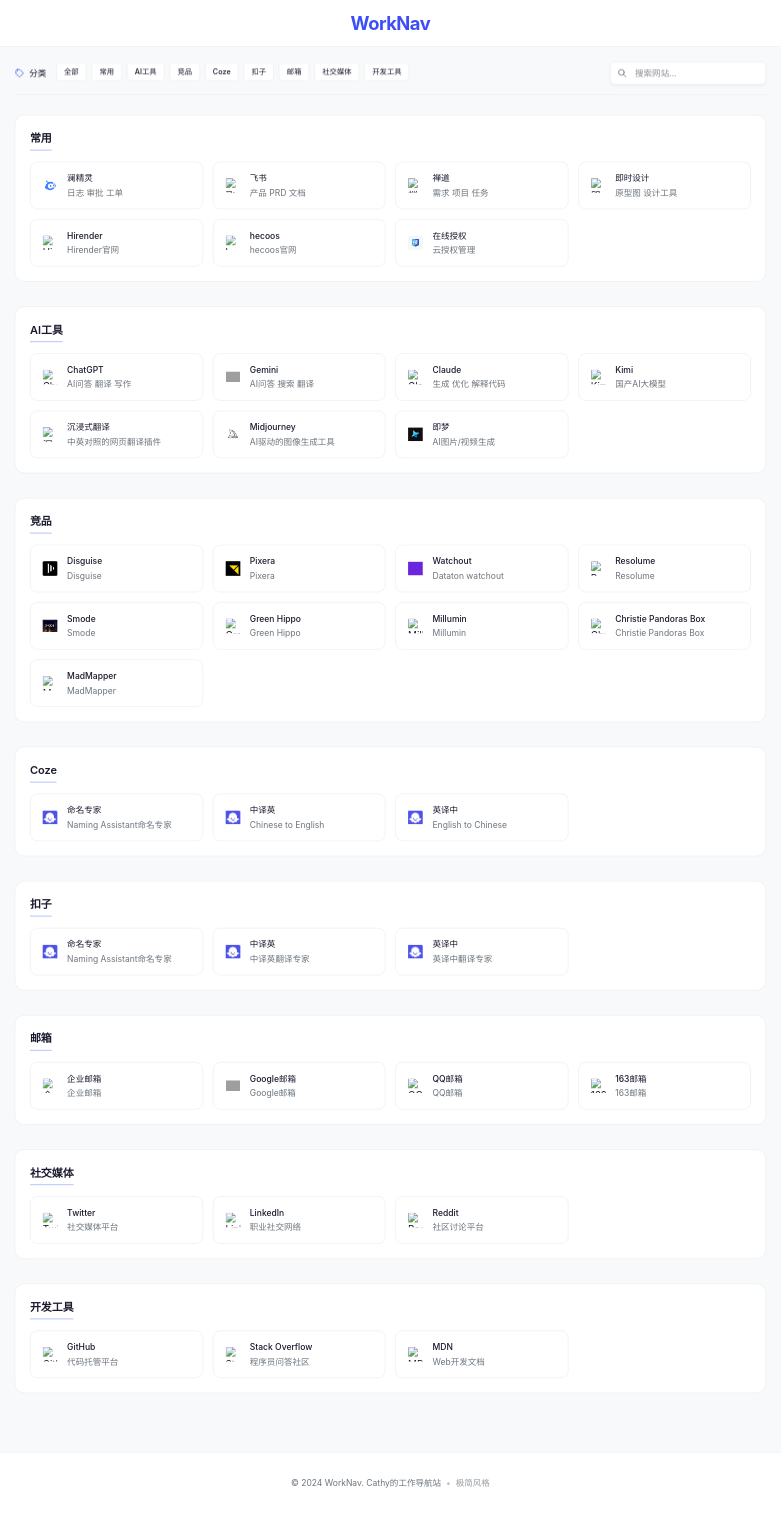
Repository: SweetPomelo0/WorkNav
Page: /
These files come from the project's save history. The page is drawn as it stood at one moment and after the next save; the edit follows.
The browser window is 1280 px wide. The pictures show the whole page, at 61% of full size.
Pictures or frames that could not be fetched are drawn as grey boxes. The project was rebuilt for these pictures with package versions that can differ from the ones it lists, and the page was loaded fresh each time. The framework's server and built-in components were replaced by stand-ins that run in the browser. Also part of the build but not shown: next.config.ts.

Above is the page before, as saved 2025-07-26 22:56:14.

After the next save:
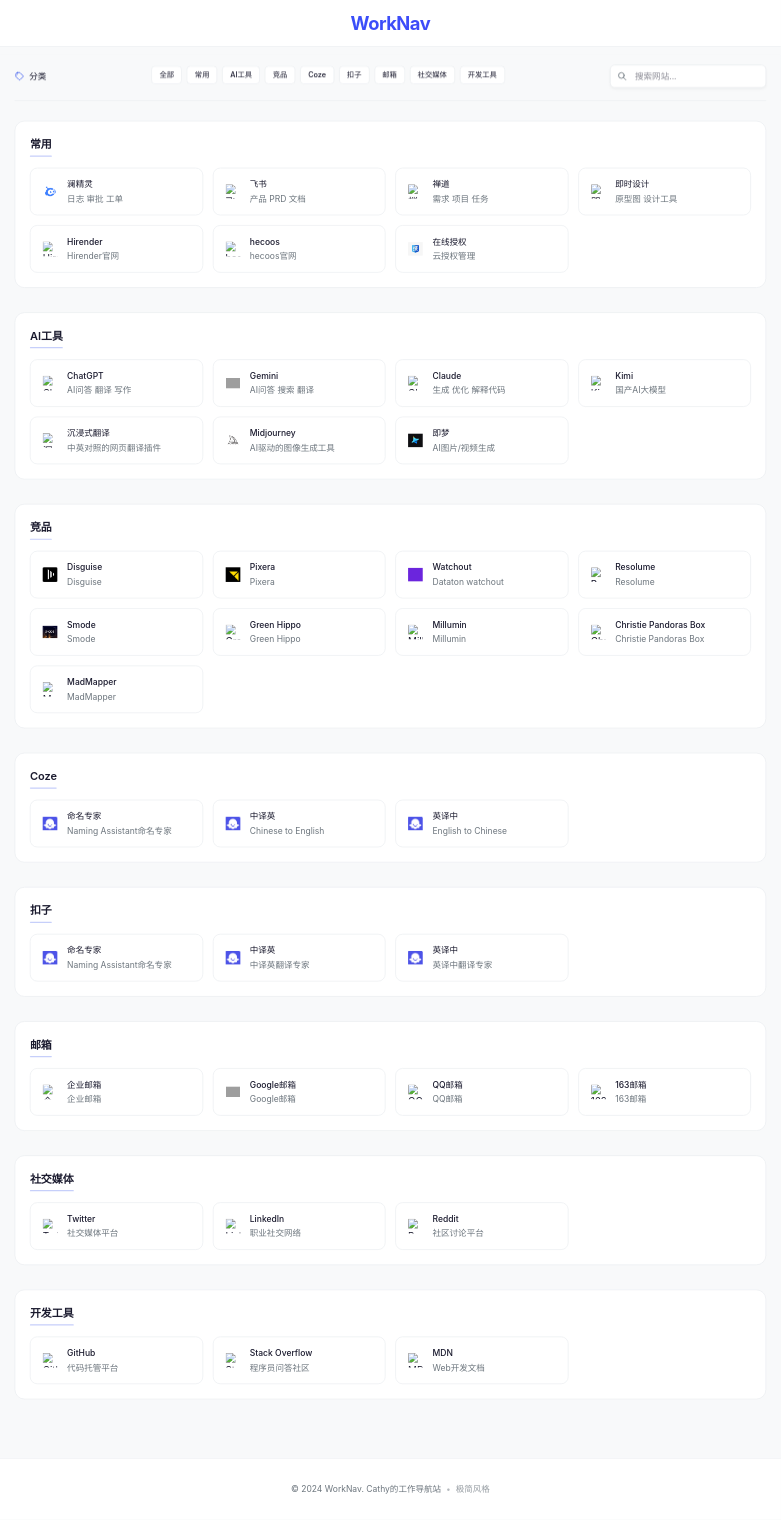
Saved 30 s later.
--- a/src/app/page.tsx
+++ b/src/app/page.tsx
@@ -110,17 +110,17 @@
 
       {/* Category Navigation */}
       <div className="sticky top-0 z-10 mt-3 category-nav-container" style={{ background: 'rgba(var(--background-rgb), 0.9)', backdropFilter: 'blur(10px)' }}>
-        <div className="max-w-7xl mx-auto px-4 md:px-6 py-2 md:py-3 overflow-x-auto">
-          <div className="flex items-center">
+        <div className="max-w-7xl mx-auto px-4 md:px-6 py-3 md:py-4 overflow-x-auto">
+          <div className="flex items-center justify-center min-h-[40px]">
             <div className="flex-shrink-0 mr-2 md:mr-4">
-              <div className="flex items-center">
+              <div className="flex items-center justify-center h-full">
                 <svg xmlns="http://www.w3.org/2000/svg" className="h-4 w-4 mr-1 md:mr-2" fill="none" viewBox="0 0 24 24" stroke="currentColor" style={{ color: 'var(--accent)' }}>
                   <path strokeLinecap="round" strokeLinejoin="round" strokeWidth={2} d="M7 7h.01M7 3h5c.512 0 1.024.195 1.414.586l7 7a2 2 0 010 2.828l-7 7a2 2 0 01-2.828 0l-7-7A1.994 1.994 0 013 12V7a4 4 0 014-4z" />
                 </svg>
                 <span className="hidden sm:inline text-sm font-medium" style={{ color: 'var(--text-primary)' }}>分类</span>
               </div>
             </div>
-            <div className="flex space-x-1 md:space-x-2 overflow-x-auto pb-1 category-scrollbar flex-grow">
+            <div className="flex items-center space-x-1 md:space-x-2 overflow-x-auto pb-1 category-scrollbar flex-grow justify-center">
               <a
                 href="#"
                 onClick={(e) => {
@@ -163,7 +163,7 @@
             </div>
 
             {/* Search Box */}
-            <div className="flex-shrink-0 ml-2 md:ml-4">
+            <div className="flex-shrink-0 ml-2 md:ml-4 flex items-center justify-center h-full">
               {/* 桌面端搜索框 */}
               <div className="hidden md:block relative">
                 <div className="absolute inset-y-0 left-0 pl-3 flex items-center pointer-events-none">
